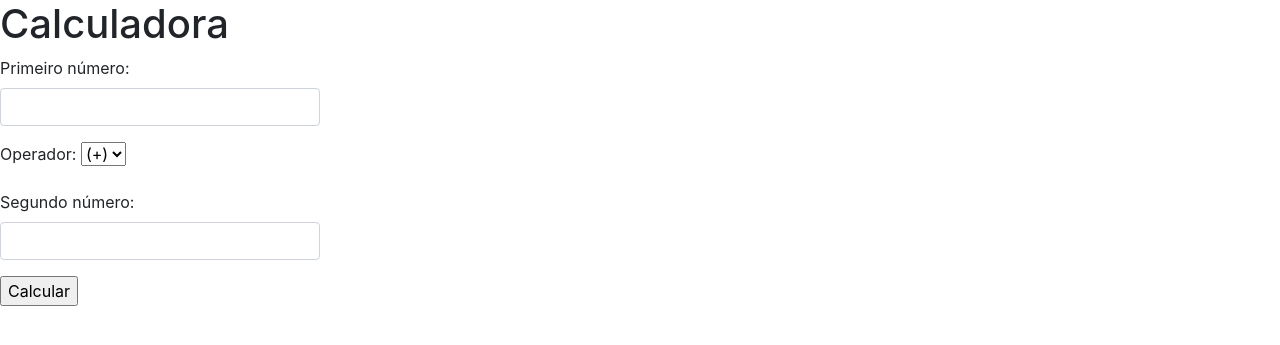
Repository: babirms/DAC
Page: Calculadora/WebContent/home.html
These files come from the project's save history. The page is drawn as it stood at one moment and after the next save; the edit follows.
The browser window is 1280 px wide. The pictures show the whole page.

Above is the page before, as saved 2020-09-20 22:40:54.
Console error (its wording comes from the project's code and is left out).

After the next save:
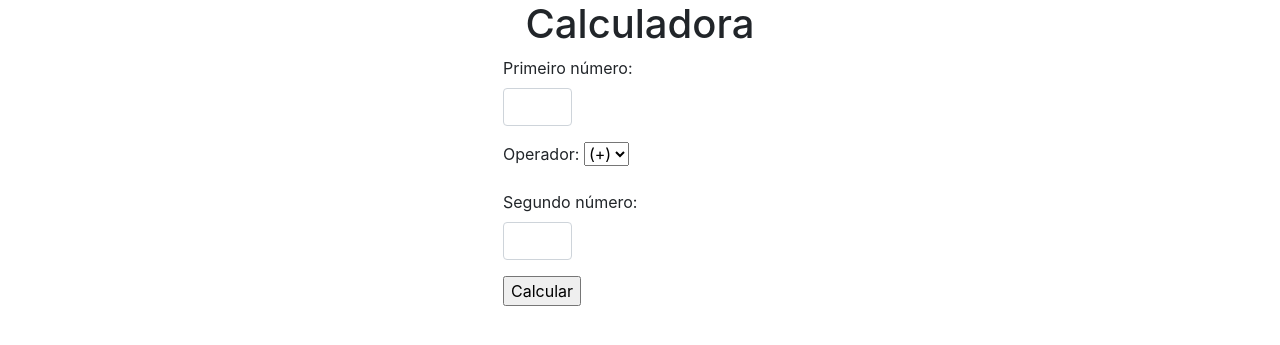
Saved 8 s later.
--- a/Calculadora/WebContent/home.html
+++ b/Calculadora/WebContent/home.html
@@ -8,7 +8,7 @@
 <script type="text/javascript" src="bootstrap/js/bootstrap.min.js"></script>
 </head>
 <body>
-	<div class="d-flex flex-column justify-content-center">
+	<div class="d-flex flex-column align-items-center">
 		<h1>Calculadora</h1>
 		<form action="CalculadoraServlet" method="get">
 			<div class="form-group">
